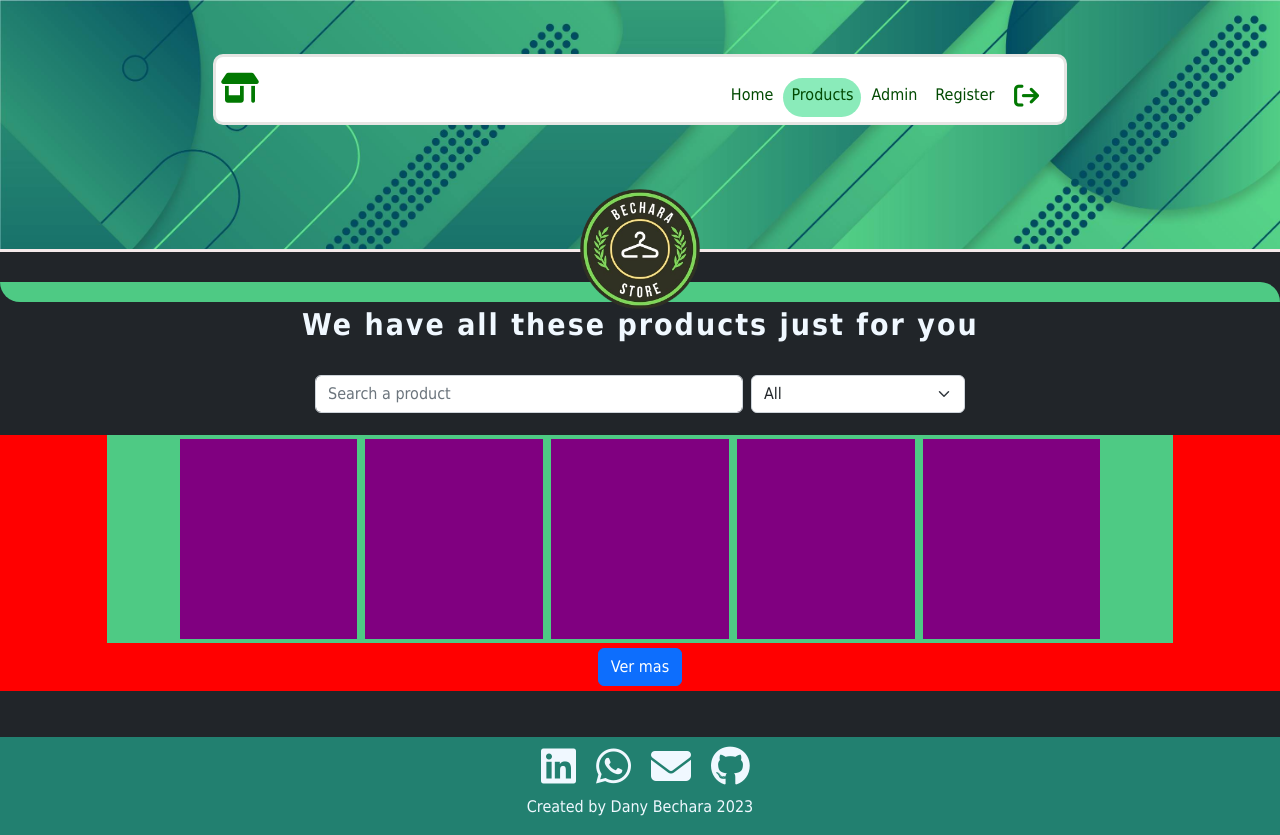
Repository: bechara611/becharastore
Page: /Products
The author's editor kept a copy of each file at every save. The page is drawn from the files as they stood at one save, then again after the next save.
The browser window is 1280 px wide. The pictures show the whole page.
Backgrounds fixed to the window are drawn as part of the page. The project was rebuilt for these pictures with package versions that can differ from the ones it lists, and the page was loaded fresh each time. Some packages were replaced by stand-ins written for this rebuild. Also part of the build but not shown: src/hooks/useAuth.jsx, src/hooks/useForm.jsx, src/Auth/components/LoginAndRegister.css, src/Auth/components/Login.jsx, src/Auth/components/Register.jsx, src/UI/helper/ElementoActivo.js, src/UI/Components/FormularioContacto.css, src/UI/Components/FormularioContacto.jsx and 1 more.

Above is the page before, as saved 2023-02-02 09:14:36.

After the next save:
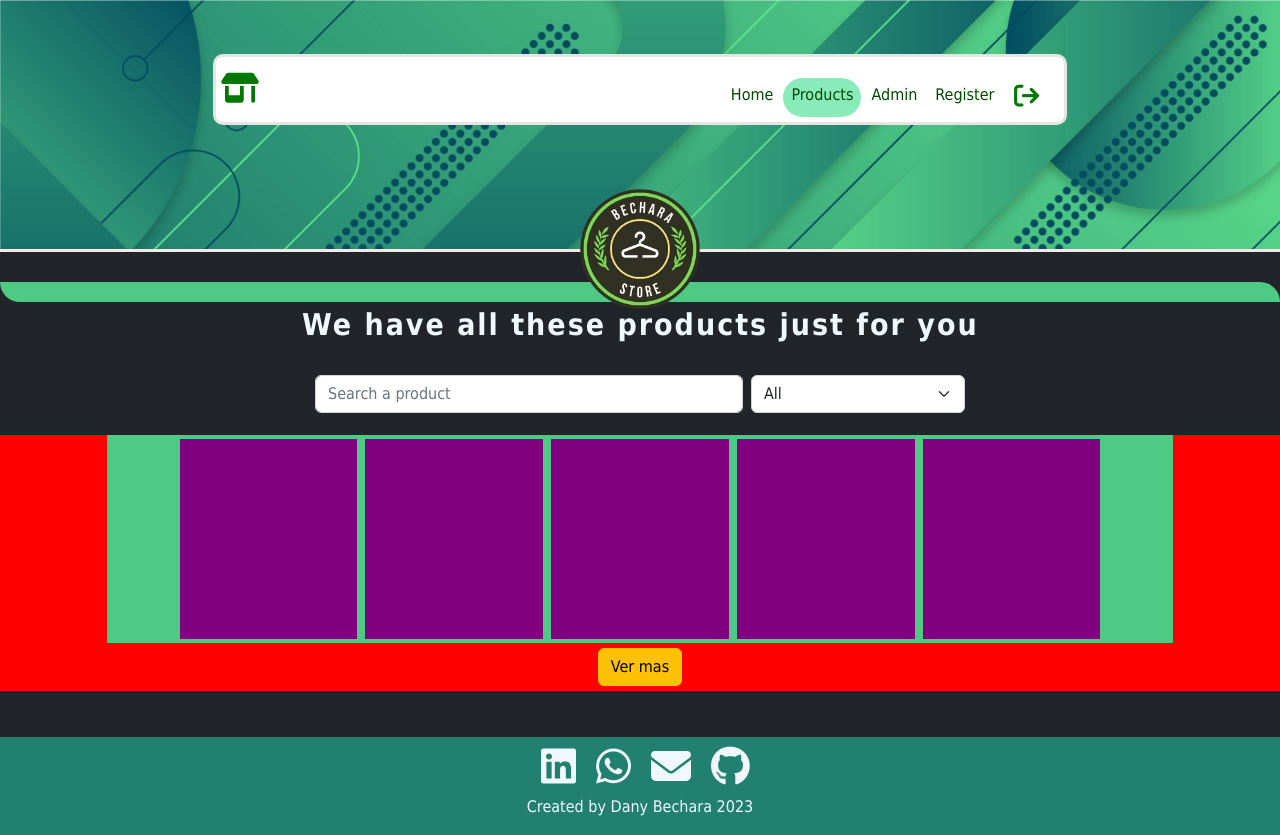
Saved 25 s later.
--- a/src/Products/components/ListadoProductos.jsx
+++ b/src/Products/components/ListadoProductos.jsx
@@ -66,7 +66,7 @@ export const ListadoProductos = () => {
 
 
                     </div>
-                    <div className="col-12 contenedor-vermas"><button className='btn btn-primary'>Ver mas</button></div>
+                    <div className="col-12 contenedor-vermas"><button className='btn btn-warning'>Ver mas</button></div>
                 </div>
 
             </div>
